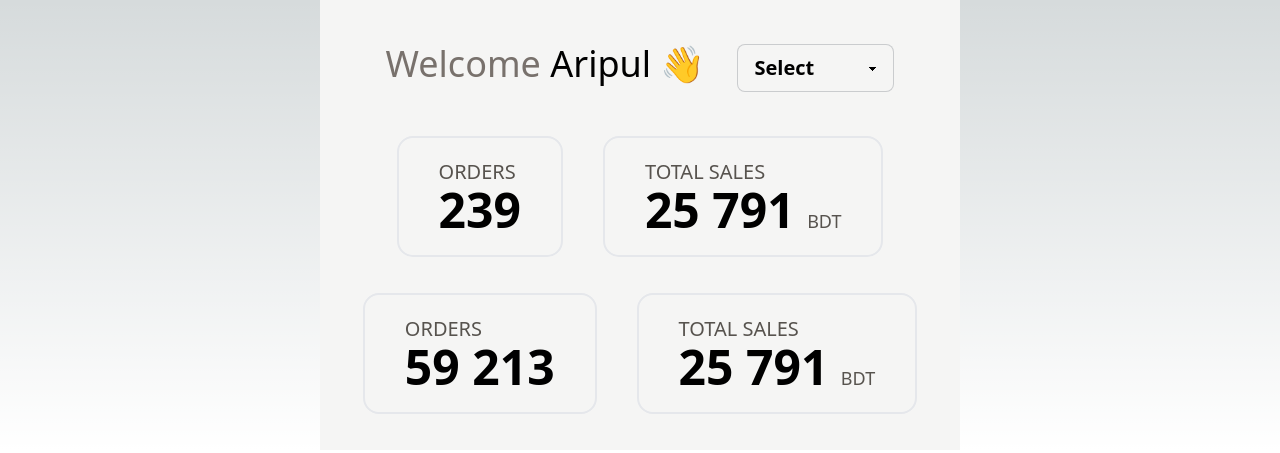
Repository: mehedi9465/nextapp
Page: /Dashboard
The author's editor kept a copy of each file at every save. The page is drawn from the files as they stood at one save, then again after the next save.
The browser window is 1280 px wide. The pictures show the whole page.
The project was rebuilt for these pictures with package versions that can differ from the ones it lists, and the page was loaded fresh each time. The framework's server and built-in components were replaced by stand-ins that run in the browser. Also part of the build but not shown: next.config.js, Components/Navbar.js.

Above is the page before, as saved 2023-03-04 15:50:42.

After the next save:
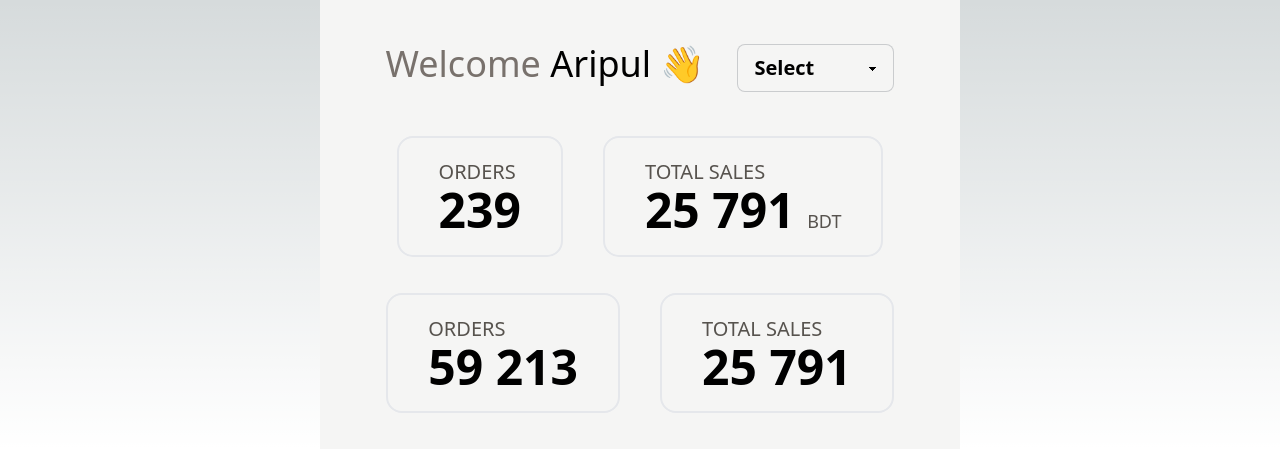
Saved 12 s later.
--- a/pages/Dashboard/index.js
+++ b/pages/Dashboard/index.js
@@ -32,7 +32,8 @@ const index = () => {
               Total Sales
             </p>
             <p className="text-5xl font-bold">
-              25 791 <span className="text-stone-600 font-medium text-lg">BDT</span>
+              25 791{" "}
+              <span className="text-stone-600 font-medium text-lg">BDT</span>
             </p>
           </div>
         </div>
@@ -47,9 +48,7 @@ const index = () => {
             <p className="uppercase text-stone-600 font-normal text-xl">
               Total Sales
             </p>
-            <p className="text-5xl font-bold">
-              25 791 <span className="text-stone-600 font-medium text-lg">BDT</span>
-            </p>
+            <p className="text-5xl font-bold">25 791</p>
           </div>
         </div>
       </div>
